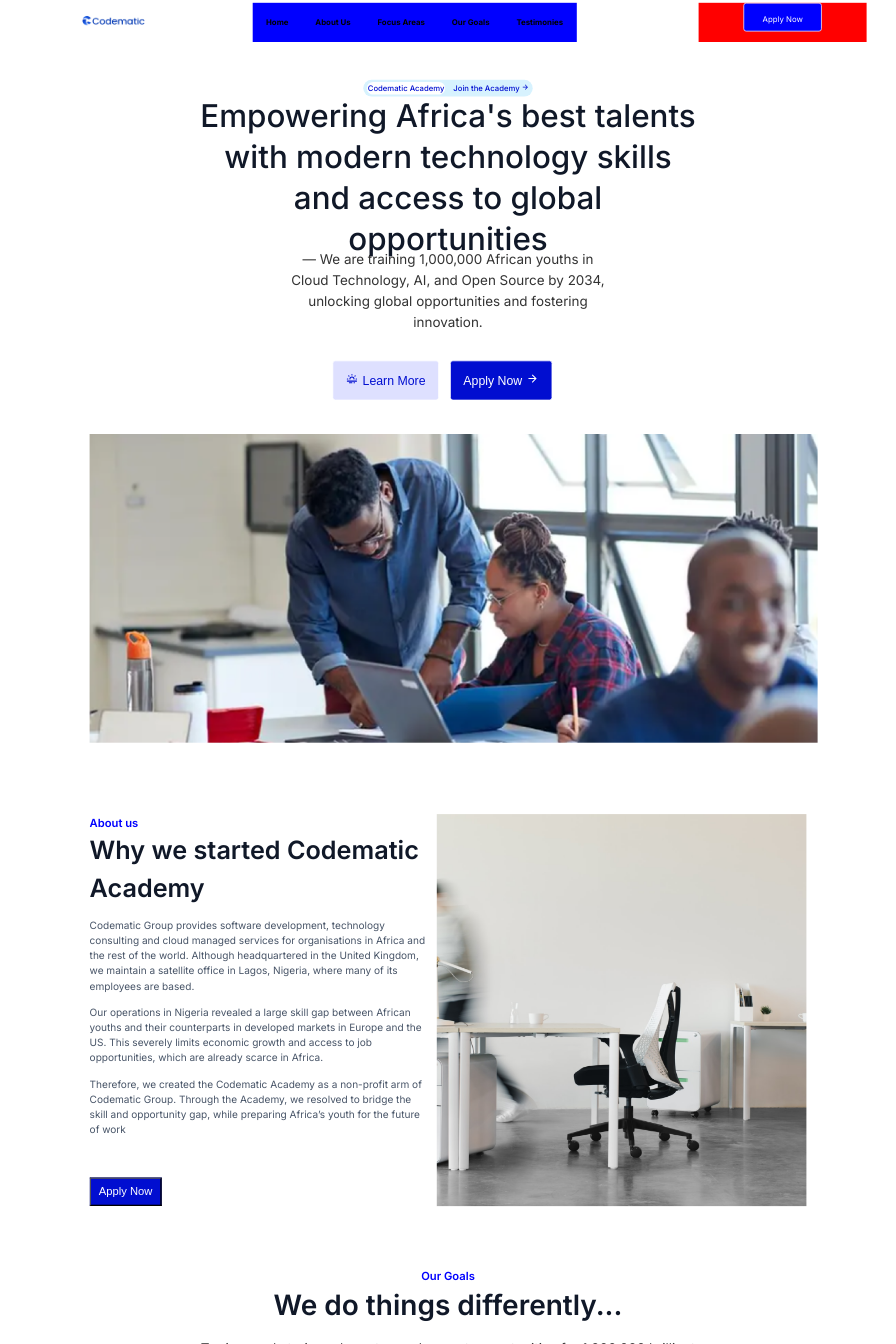
Repository: Gabriel221-dev/Codematic-page
Page: /
An editor plug-in stored every save of this project. The page is shown before and after the next save, followed by the edit.
The browser window is 1280 px wide. The pictures show the part of the page from y = 0 to 1920 px (the page is 4880 px tall), at 70% of full size.
The project was rebuilt for these pictures with package versions that can differ from the ones it lists, and the page was loaded fresh each time. Also part of the build but not shown: vite.config.js.

Above is the page before, as saved 2024-08-08 07:46:23.

### index.html
<!doctype html>
<html lang="en">
  <head>
    <meta charset="UTF-8" />
    <link rel="icon" type="image/svg+xml" href="/Images/codematic-logo-dark-1536x351.png.png" />
    <meta name="viewport" content="width=device-width, initial-scale=1.0" />
    <style>
      @import url('https://fonts.googleapis.com/css2?family=Inter:opsz,wght@14..32,100..900&display=swap');
      </style>
    <title>Vite + React</title>
  </head>
  <body>
    <div id="root"></div>
    <script type="module" src="/src/main.jsx"></script>
  </body>
</html>

### src/App.jsx
import Home from "./pages/home";
import Header from "./components/Header";
import Footer from "./components/Footer";
import { BrowserRouter as Router, Route, Routes } from "react-router-dom";
import "./styles/global.css";

const App = () => {
  return (
    <Router>
      <Header />
      <main>
        <Routes>
          <Route path="/" element={<Home />} />
        </Routes>
      </main>
      <Footer />
    </Router>
  );
};

export default App;

### src/index.css
:root {
  font-family: "Inter", sans-serif;
  line-height: 1.5;
  font-weight: 400;
  padding: 0 ;
  margin: 0;

  /* color-scheme: light dark;
  background-color: #242424;
  background-color:turquoise; */

}

### src/components/Header.jsx
import { useState } from "react";
import { NavLink } from "react-router-dom";
import { FaBars } from "react-icons/fa";
import Sidebar from "./Sidebar";
import "./Header.css";
import { IconContext } from "react-icons";

const Header = () => {
  const [isSidebarToggled, setSidebarToggled] = useState(false);

  const handleToggle = () => {
    setSidebarToggled((prev) => !prev);
  };

  return (
    <>
      <IconContext.Provider value={{ color: "#fff" }}>
        <header className="header">
          <NavLink className="header__brand" to="/">
            <img
              className="header__logo"
              src="/Images/codematic-logo-dark-1536x351.png.png"
              alt="Logo"
              loading="eager"
              width="160"
            />
          </NavLink>
          <nav className="header__nav">
            <ul className="header__navigation">
              <li className="header__link">
                <NavLink
                  className={({ isActive }) =>
                    isActive
                      ? "header__anchor header__anchor--active"
                      : "header__anchor"
                  }
                  to="/"
                >
                  Home
                </NavLink>
              </li>
              <li className="header__link">
                <NavLink
                  className={({ isActive }) =>
                    isActive
                      ? "header__anchor header__anchor--active"
                      : "header__anchor"
                  }
                  to="/"
                >
                  About Us
                </NavLink>
              </li>
              <li className="header__link">
                <NavLink
                  className={({ isActive }) =>
                    isActive
                      ? "header__anchor header__anchor--active"
                      : "header__anchor"
                  }
                  to=""
                >
                  Focus Areas
                </NavLink>
              </li>
              <li className="header__link">
                <NavLink
                  className={({ isActive }) =>
                    isActive
                      ? "header__anchor header__anchor--active"
                      : "header__anchor"
                  }
                  to=""
                >
                  Our Goals
                </NavLink>
              </li>
              <li className="header__link">
                <NavLink
                  className={({ isActive }) =>
                    isActive
                      ? "header__anchor header__anchor--active"
                      : "header__anchor"
                  }
                >
                  Testimonies
                </NavLink>
              </li>
            </ul>

            <button
              className="header__menu"
              title="Toggle Menu"
              onClick={handleToggle}
            >
              <FaBars />
            </button>
          </nav>
          <ul className="Btn">
            <NavLink className="header__btn" to="/">
              Apply Now
            </NavLink>
          </ul>

          <Sidebar isOpen={isSidebarToggled} onToggle={handleToggle} />
        </header>
      </IconContext.Provider>
    </>
  );
};

export default Header;

### src/components/Footer.jsx
import { Link } from "react-router-dom";
import "./Footer.css";
import { BsTwitterX } from "react-icons/bs";
import { FaLinkedin } from "react-icons/fa6";
import { FaFacebook } from "react-icons/fa";

const Footer = () => {
  return (
    <footer className="footer">
      <div>
        <container className="section-1">
          <div className="section1">
            <img
              className="footer__logo"
              src="/Images/codematic-logo-white 2.png"
              alt="Logo"
              loading="lazy"
              width="160"
            />

            <ul className="footer__navigation">
              <li className="footer__link">
                <Link className="link-anchor footer__anchor" to="">
                  About Us
                </Link>
              </li>
              <li className="footer__link">
                <Link className="link-anchor footer__anchor" to="">
                  Contact Us
                </Link>
              </li>
              <li className="footer__link">
                <Link className="link-anchor footer__anchor" to="">
                  Privacy Policy
                </Link>
              </li>
            </ul>
          </div>
        </container>
        <div className="divider"></div>
        <div className="section2">
          <div className="Left">
            <p>© 2024 Codematic. All rights reserved</p>.
          </div>
          <div className="bottom">
            <div className="icon">
              <BsTwitterX />
            </div>
            <div className="icon">
              <FaLinkedin />
            </div>
            <div className="icon">
              <FaFacebook />
            </div>
          </div>
        </div>
      </div>
    </footer>
  );
};

export default Footer;

### src/styles/global.css

* {
    padding: 0;
    margin: 0;
    box-sizing: border-box;
}

body {
    color: #333;
    background-color: white;
    padding: 0;
    margin: 0;
}

/* Navigation styling */
nav {
    padding: 0 10%;
    margin: 0;
}

content {
    max-width: 100vw; /* Prevents container from exceeding viewport width */
    overflow-x: hidden; /* Hides any overflow content */
}

### src/components/Sidebar.jsx
import PropTypes from "prop-types";
import { useNavigate } from "react-router-dom";
import { AiOutlineClose } from "react-icons/ai";
import "./Sidebar.css";
import { IconContext } from "react-icons";

const Sidebar = ({ isOpen, onToggle }) => {
  const navigate = useNavigate();

  const handleNavigate = (path) => {
    navigate(path);
    onToggle();
  };

  return (
    <IconContext.Provider value={{ color: "#fff" }}>
      <div className={`sidebar ${isOpen ? "sidebar--open" : ""}`}>
        <div className="sidebar__overlay" onClick={onToggle}></div>
        <div className="sidebar__content">
          <div className="sidebar__header">
            <button
              className="sidebar__close"
              title="Close Menu"
              onClick={onToggle}
            >
              <AiOutlineClose />
            </button>
          </div>

          <ul className="sidebar__navigation">
            <li className="sidebar__link">
              <button
                className="sidebar__anchor"
                onClick={() => handleNavigate("/")}
              >
                Home
              </button>
            </li>

            <li className="sidebar__link">
              <button
                className="sidebar__anchor"
                onClick={() => handleNavigate()}
              >
                About Us
              </button>
            </li>
            <li className="sidebar__link">
              <button
                className="sidebar__anchor"
                onClick={() => handleNavigate()}
              >
                Focus Areas
              </button>
            </li>
            <li className="sidebar__link">
              <button
                className="sidebar__anchor"
                onClick={() => handleNavigate()}
              >
                Testimonies
              </button>
            </li>
          </ul>

          <button className="sidebar__btn" onClick={() => handleNavigate()}>
            Apply Now
          </button>
        </div>
      </div>
    </IconContext.Provider>
  );
};

Sidebar.propTypes = {
  isOpen: PropTypes.bool.isRequired,
  onToggle: PropTypes.func.isRequired,
};

export default Sidebar;

### src/components/Header.css
.header {
    /* background-color:red; */
    height: 1.1rem;
    display: flex;
    align-items: center;
    padding: 2rem 1rem;
    max-width: 1500px;
    margin: 0 auto;
    box-sizing:border-box;
  }

  .header__nav {
    display: flex;
    align-items: center;
    font-size: .7rem;

  }

  .header__logo {
    max-width: 100px;
    margin-left: 6rem;
  }

  .header__navigation {
    margin:1.5rem;
    list-style: none;
    display: flex;
    align-items:center;
    justify-content: space-between;
    /* column-gap: -1rem; */
    background-color:blue;
  }

  .header__link {
    margin: 1.2rem;
    text-decoration: none;
    display: flex;
    justify-content: space-between;
  }
  .header__anchor {
    text-decoration: none;
    color: #333;
    font-weight: bold;
    text-align: center;
  }

  .header__anchor:hover{
    text-decoration: none;
  }

  .header__anchor--active {
    color: black;
}

.Btn{
    /* padding: 1rem; */
    width: 15rem;
    height: 3.5rem;
    background-color:red;
    margin: 0 auto;
}


.header__btn {
    font-size: .7rem;
    background-color: blue;
    border: 1px solid #fff;
    width: 7rem;
    margin: 0 auto;
    height: 2.55rem;
    padding: .9rem 1.5rem;
    border-radius:4px;
    display: flex;
    padding: 14px 24px;
    justify-content: center;
    align-items: flex-start;
    color: #fff;
    text-decoration: none;
    cursor: pointer;
    /* box-sizing:border-box; */

}

  /* .header__btn:hover{
    background-color:white;
    color:blue;
    text-decoration: none;
    border-radius:16px;
    transform: scale(1.05);
    transition: transform 0.6s ease-in-out, border-bottom 0.6s ease;
  } */

  .header__menu {
    display: none;
  }

  .header__menu:hover{
    background:none;
  }


/* Tablet styles */
@media only screen and (max-width: 850px) {
    .header {
        background-color:blue;
      height: auto;
      /* flex-direction: row; */
      justify-items: space-between;
      gap: 19.5rem;
    }

    .header__logo {
      margin-left: 1rem;
      width: 5rem;
    }

    .header__navigation {
      display: none;
    }

    .header__menu {
      display: flex;
      /* width: 50px; */
      height: 28px;
      padding: 0;
      border: 0;
      outline: 0;
      box-sizing: border-box;
      margin-left: 0;
    }

    .header__btn {
      display: none;
    }
  }

  /* Mobile styles */
  @media only screen and (max-width: 576px) {
    .header {
      height: auto;
      padding: 0 0;
    }

    .header__logo {
      max-width: 150px;
    }
  }

  /* Small mobile styles */
  @media only screen and (max-width: 480px) {
    .header {
      width: 100%;
    }

    .header__logo {
      max-width: 60px;
    }
    .header__menu {
        display: flex;
        /* width: 50px; */
        height: 28px;
        padding: 0;
        border: 0;
        outline: 0;
        box-sizing: border-box;
        margin-left: -1rem;
      }
  }

  @media (max-width:344px) {
    .header {
        width: 100%;
        gap: 15.5rem;
      }

  }

### src/components/Footer.css
.footer {
    background-color: rgb(4, 4, 55);
    padding: 0 0;
    position: relative;
    text-align: center;
    max-width: 1500px;
}

.footer__logo {
    display: block;
    margin: 0 auto;
}

.footer__navigation {
    list-style: none;
    font-size: 0.8rem;
    padding: 0;
    display: flex;
    justify-content: center;
    margin: 1rem 0;
}

.footer__link {
    margin: 0 1rem;
}

.footer__anchor {
    text-decoration: none;
    color: white;
}

.section1 {
    text-align: center;
    padding: 2rem 0;
}

.section2 {
    position: relative;
    display: flex;
    justify-content: space-between;
    align-items: flex-end;
    padding: 1rem;
    height: 50px;
}

.footer p{
    color:#D0D5DD;
}


.footer .bottom {
    display: flex;
    gap: 1rem;
    /* padding-left: 1rem; */
    margin-bottom: 2rem;
}

.footer .icon {
    font-size: 1.5rem;
    display: flex;
    color:#D0D5DD;
}

.divider {
    width: 100%;
    border-bottom: 1px solid #000;
    margin: 2rem 0;
}

/* Tablet Screen Styles */
@media (max-width: 768px) {
    .footer__navigation {
      flex-direction: column;
      align-items: center;
      font-size: 0.9rem;
    }

    .footer__link {
      margin: 0.5rem 0;
    }

    .section2 {
      flex-direction: column;
      align-items: center;
      height: auto;
      text-align: center;
    }

    .footer .bottom {
      margin-top: 1rem;
    }
  }

  /* iPhone Screen Styles */
  @media (max-width: 480px) {
    .footer__navigation {
      font-size: 1rem;
    }

    .footer .icon {
      font-size: 1.2rem;
    }

    .footer__logo {
      width: 120px;
    }

    .footer p {
      font-size: 0.8rem;
    }

    .section2 {
      padding: 1rem 0;
    }
  }

### src/components/Sidebar.css
.sidebar {
    display: none;
    width: 100%;
    height: 100%;
    position: fixed;
    top: 0;
    left: 0;
    z-index: 100;
    transition: all 0.3s ease;
  }

  .sidebar--open {
    display: grid;
    grid-template-columns: 1fr min-content;
  }

  .sidebar__overlay {
    grid-column: 1 / -1;
    grid-row: 1 / 2;
    background-color: rgba(0, 0, 0, 0.5);
    transition: background-color 0.3s ease;

  }

  .sidebar__content {
    grid-column: 2 / 3;
    grid-row: 1 / 2;
    background-color: blue;
    width: 250px;
    display: grid;
    grid-template-rows: 128px repeat(2, min-content);
    grid-template-columns: 48px 1fr 25px;
    transition: width 0.3s ease;
    transition: width .4s ease;

  }

  .sidebar__header {
    grid-column: 2 / 3;
    justify-self: end;
    align-self: center;
  }

  .sidebar__close {
    background-color:#194c4c ;
    width: 30px;
    border: 0;
    outline: 0;
  }

  .sidebar__close:hover{
    background-color:#194c4c;
  }

  .sidebar__navigation {
    grid-column: 2 / 3;
    list-style: none;
    margin: 0;
    padding: 0;
  }

  .sidebar__link {
    margin-bottom: 2.4rem;
  }

  .sidebar__anchor {
    font-size: 1.1rem;
    color: #fff;
    background: transparent;
    border: none;
    text-decoration: none;
    cursor: pointer;
  }

  .sidebar__anchor:hover{
    background:none;
  }

  .sidebar__btn {
    grid-column: 2 / 3;
    background-color: transparent;
    border: 1px solid #fff;
    color: #fff;
    padding: 0.5rem 1rem;
    text-decoration: none;
    display: inline-block;
    cursor: pointer;
    width: 159px;
  }

  .sidebar__btn:hover{
    background:white;
    color:#194c4c;
    transform: scale(1.05);
    transition: transform 0.3s ease-in-out, border-bottom 0.6s ease;
  }

  .sidebar--open .sidebar__overlay {
    background-color: rgba(0, 0, 0, 0.5);
  }

  .sidebar--open .sidebar__content {
    width: 250px;
  }

  @media (max-width: 768px) {
    .header__menu {
      display: grid;
      background-color: transparent;
      /* width: 24px; */
      border: 0;
      outline: 0;
      justify-self: end;
      align-self: center;
      margin-left: auto;
    }
  }

Loaded but not shown: src/main.jsx (common file); src/pages/Home.css (1200 lines, source omitted); src/pages/home.jsx (274 lines, source omitted)

After the next save:
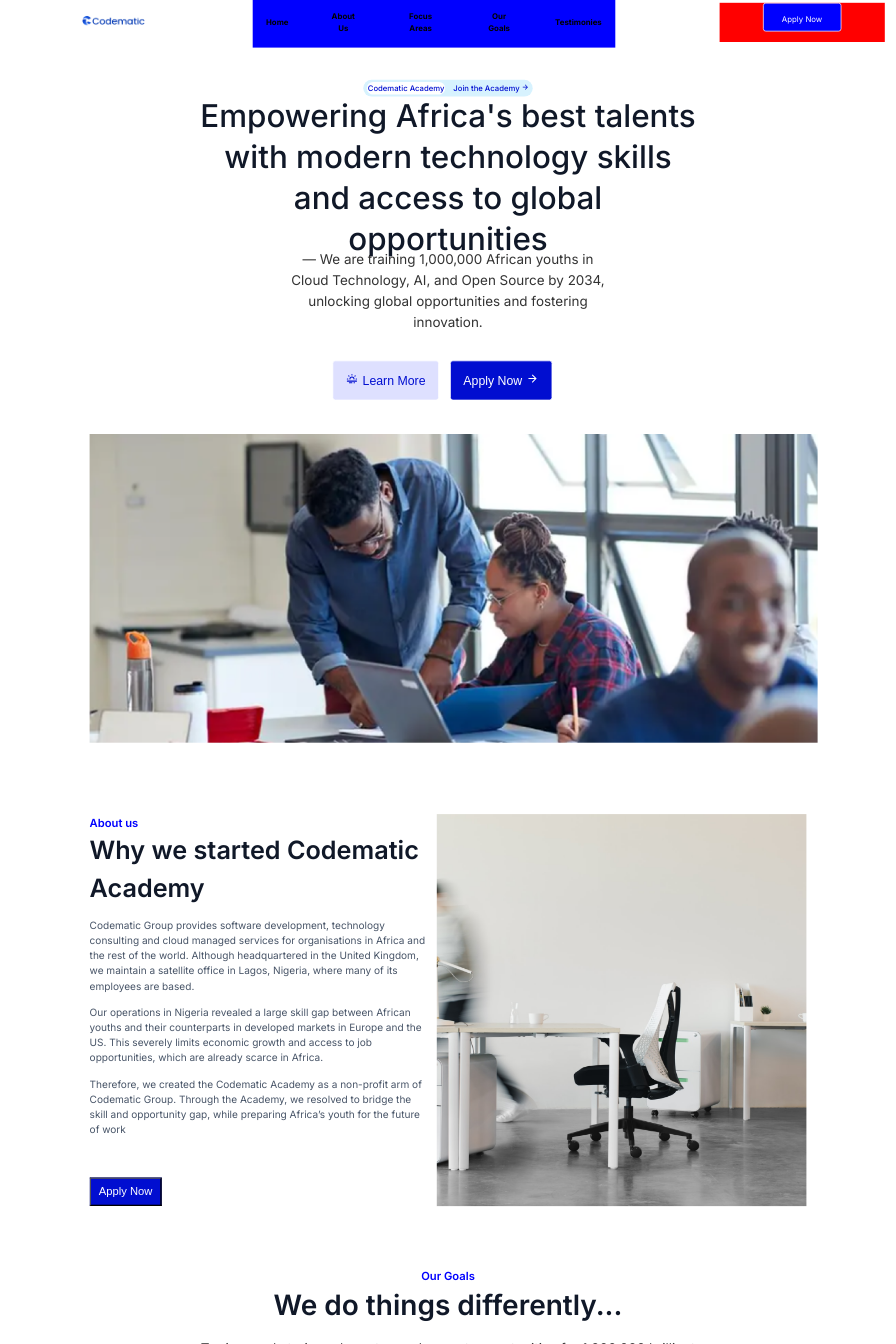
Saved 12 s later.
--- a/src/components/Header.css
+++ b/src/components/Header.css
@@ -27,7 +27,7 @@
     display: flex;
     align-items:center;
     justify-content: space-between;
-    /* column-gap: -1rem; */
+    column-gap: 1rem;
     background-color:blue;
   }
 

After the save that followed:
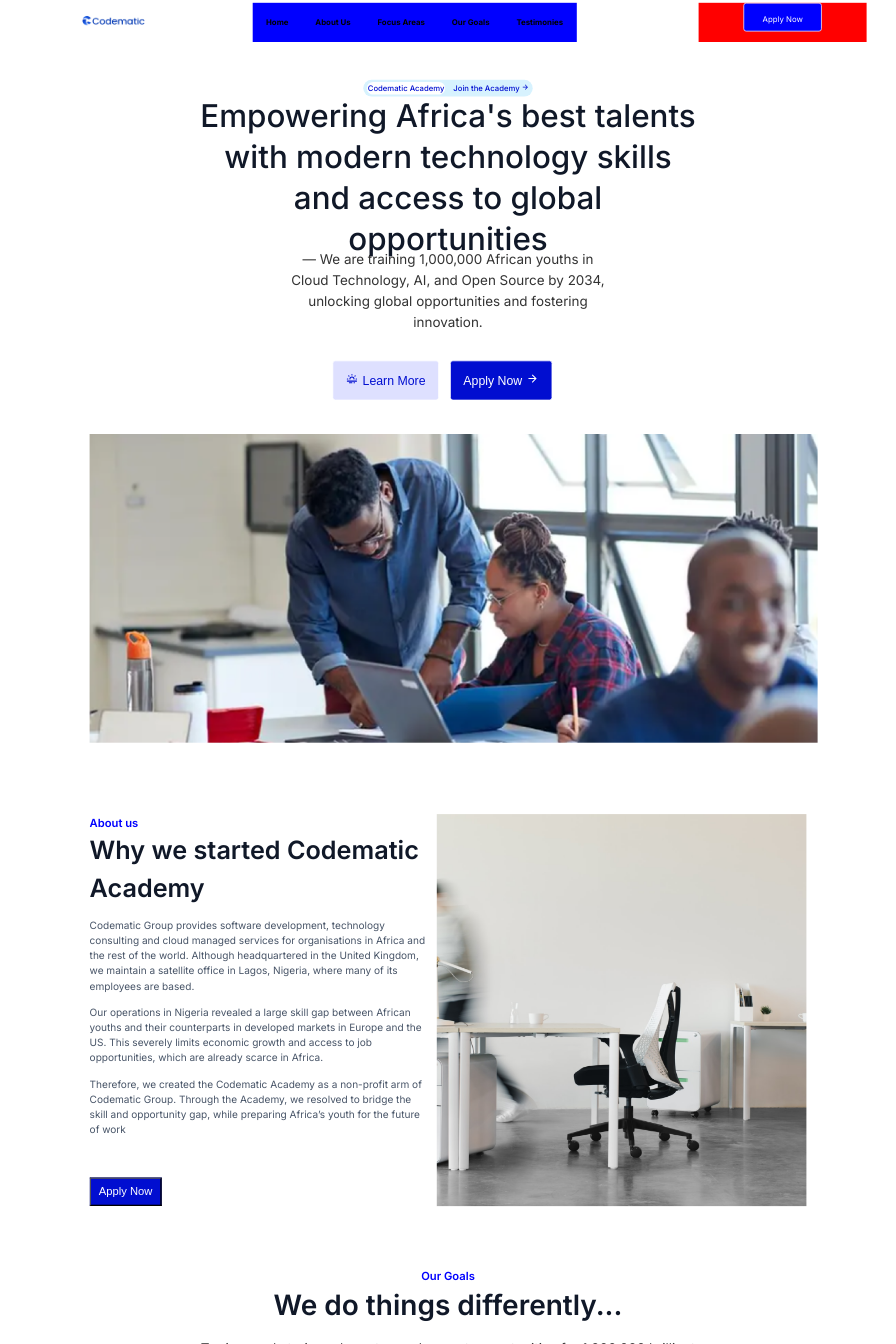
Saved 9 s later.
--- a/src/components/Header.css
+++ b/src/components/Header.css
@@ -27,7 +27,7 @@
     display: flex;
     align-items:center;
     justify-content: space-between;
-    column-gap: 1rem;
+    column-gap: -2rem;
     background-color:blue;
   }
 
